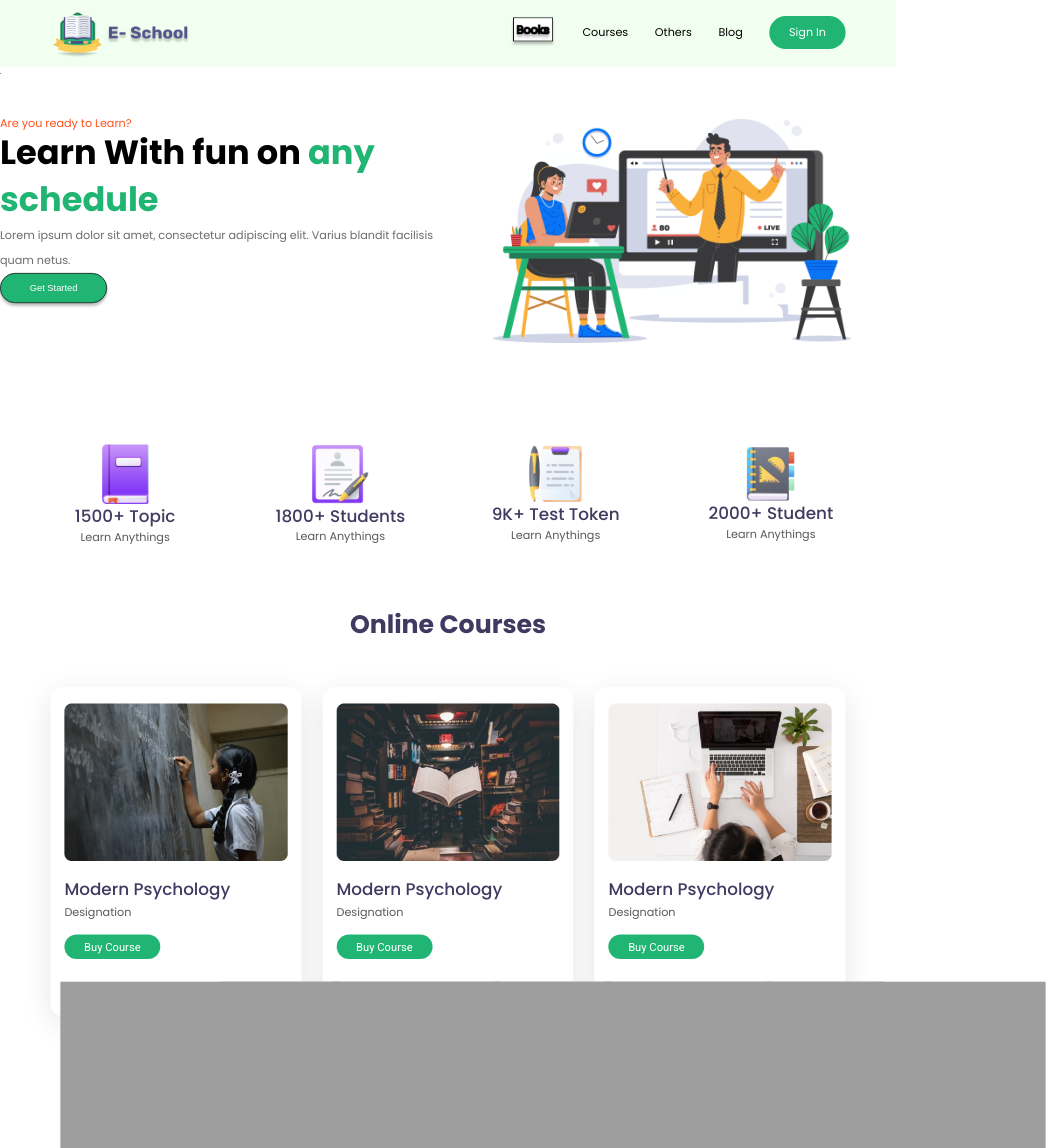
Repository: bijaythakur-code/E-school
Page: index.html
These files come from the project's save history. The page is drawn as it stood at one moment and after the next save; the edit follows.
The browser window is 1280 px wide. The page is 1494 px wide, so the pictures cover 1494 px, including what lies to the right of the window. The pictures show the part of the page from y = 0 to 1640 px (the page is 2197 px tall before and 2183 px after), at 70% of full size.
Pictures or frames that could not be fetched are drawn as grey boxes.

Above is the page before, as saved 2022-05-21 17:24:47.

After the next save:
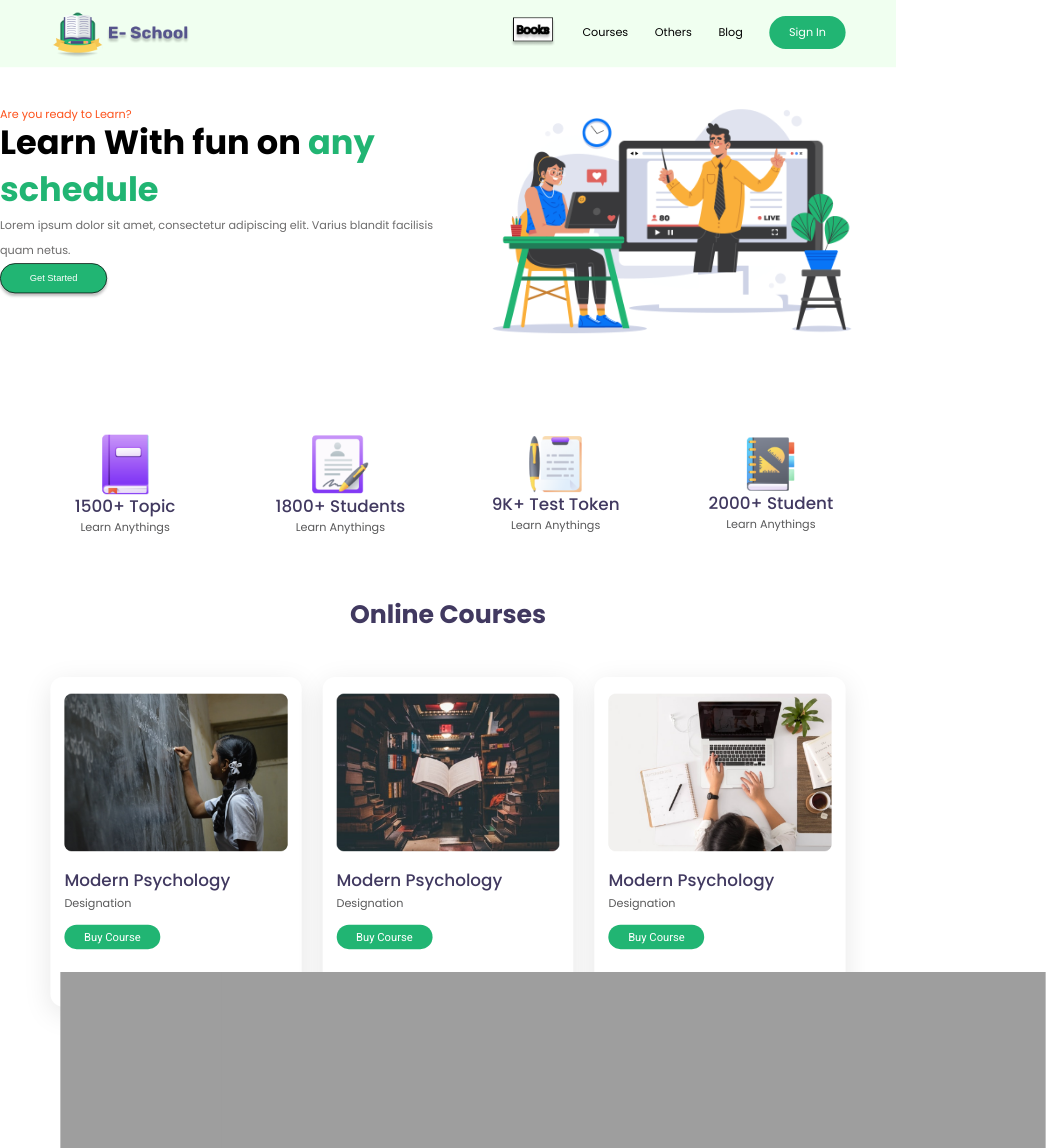
Saved 10 s later.
--- a/index.html
+++ b/index.html
@@ -57,7 +57,6 @@
 
     <main>
     <!-- hero section -->
-    .
     <div class="hero">
       <div class="hero-left">
         <p class="are-you-ready">Are you ready to Learn?</p>
